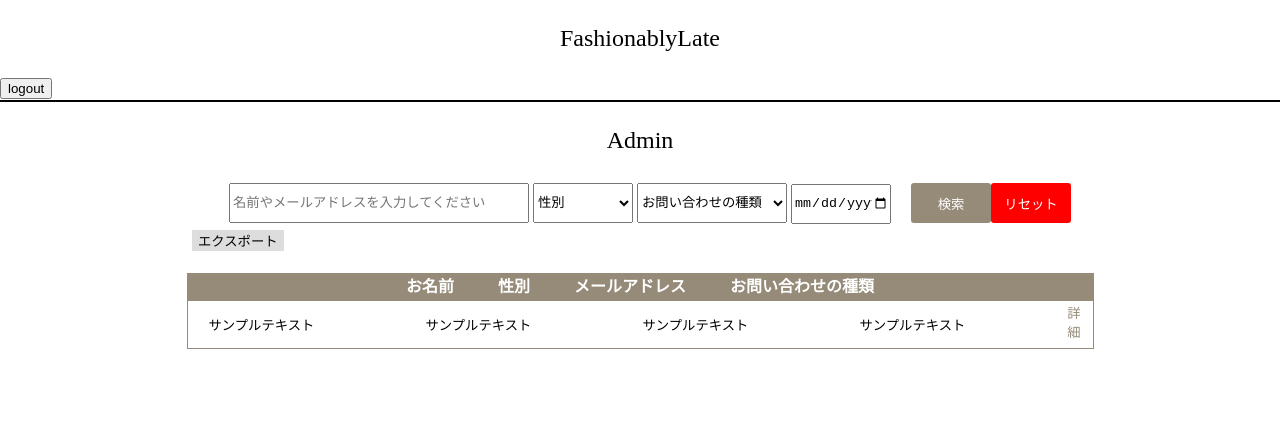
Repository: mayu-ya/test_form
Page: http://localhost/
The author's editor kept a copy of each file at every save. The page is drawn from the files as they stood at one save, then again after the next save.
The browser window is 1280 px wide. The pictures show the whole page.
The page is served by the project's Laravel application, run on PHP 8.4 with Laravel 8. Other server files are loaded and not shown.

Above is the page before, as saved 2026-01-18 00:04:26.

### src/routes/web.php
<?php

use Illuminate\Support\Facades\Route;
use App\Http\Controllers\ContactController;

/*
|--------------------------------------------------------------------------
| Web Routes
|--------------------------------------------------------------------------
|
| Here is where you can register web routes for your application. These
| routes are loaded by the RouteServiceProvider within a group which
| contains the "web" middleware group. Now create something great!
|
*/

Route::get('/', [ContactController::class, 'index']);

### src/app/Http/Controllers/ContactController.php
<?php

namespace App\Http\Controllers;

use Illuminate\Http\Request;

class ContactController extends Controller
{
    public function index()
    {
        return view('admin');
    }
}

### src/resources/views/admin.blade.php
@extends('layouts.app')

@section('css')
<link rel="stylesheet" href="{{ asset('css/admin.css') }}">
@endsection

@section('header')
<nav class="header">
    <form action="">
        <button class="header__button">logout</button>
    </form>
</nav>
@endsection

@section('content')
<div class="content">
    <div class="title">
        <h2 class="title-h">Admin</h2>
    </div>

    <div class="search">
        <form action="" class="form__search">
            <div class="form__search-item">
                <input class="form__search-name" type="search" name="name" placeholder="名前やメールアドレスを入力してください">
                <select class="form__search-gender" name="gender">
                    <option value="">性別</option>
                </select>
                <select class="form__search-content" name="content">
                    <option value="">お問い合わせの種類</option>
                </select>
                <input class="form__search-date" type="date" name="date">
            </div>
            <div class="search__button">
                <button class="search__button-submit" tyup="submit">検索</button>
            </div>
        </form>
        <form action="" class="reset__button">
            <button class="reset__button-submit">リセット</button>
        </form>
    </div>

    <div class="export">
        <form action="" class="form__export">
            <button class="form__export-button">エクスポート</button>
        </form>
    </div>

    <div class="table-content">
        <table class="table">
            <tr class="table-row">
                <th class="table-title">
                    <span class="table-span">お名前</span>
                    <span class="table-span">性別</span>
                    <span class="table-span">メールアドレス</span>
                    <span class="table-span">お問い合わせの種類</span>
                </th>
            </tr>
            <tr class="table-row">
                <td class="table__item">
                    <form class="form">
                        <div class="form__item">
                            <div class="form__item-name">
                                <input type="text" class="form__item-input" value="サンプルテキスト">
                            </div>
                            <div class="form_item-gender">
                                <input type="text" class="form__item-input" value="サンプルテキスト">
                            </div>
                            <div class="form_item-email">
                                <input type="text" class="form__item-input" value="サンプルテキスト">
                            </div>
                            <div class="form_item-content">
                                <input type="text" class="form__item-input" value="サンプルテキスト">
                            </div>
                        </div>
                        <div class="form__button">
                            <button class="form__button-detail">詳細</button>
                        </div>
                    </form>
                </td>
            </tr>
        </table>
    </div>
</div>
@endsection

### src/resources/views/layouts/app.blade.php
<!DOCTYPE html>
<html lang="ja">
<head>
    <meta charset="UTF-8">
    <meta name="viewport" content="width=device-width, initial-scale=1.0">
    <title>FashionablyLate</title>
    <link rel="stylesheet" href="{{ asset('css/common.css') }}">
    <link rel="stylesheet" href="{{ asset('css/sanitize.css') }}">
    @yield('css')
</head>
<body>
    <header class="header">
        <div class="header-title">
            <div class="header-title__item">FashionablyLate</div>
        </div>
        @yield('header')
    </header>

    <main>
        @yield('content')
    </main>
</body>
</html>

### src/public/css/common.css
.header{
    border-bottom: 1px solid #000;
}

.header-title {
    margin: 0 auto;
    padding: 20px 15px;
    max-width: 1230px;
}

.header-title__item {
    font-size: 24px;
    text-align: center;
}

### src/public/css/sanitize.css
/* Document
* ========================================================================== */

/**
* Add border box sizing in all browsers (opinionated).
*/

*,
::before,
::after {
  box-sizing: border-box;
}

/**
* 1. Add text decoration inheritance in all browsers (opinionated).
* 2. Add vertical alignment inheritance in all browsers (opinionated).
*/

::before,
::after {
  vertical-align: inherit;
  /* 2 */
  text-decoration: inherit;
  /* 1 */
}

/**
* 1. Use the default cursor in all browsers (opinionated).
* 2. Change the line height in all browsers (opinionated).
* 3. Use a 4-space tab width in all browsers (opinionated).
* 4. Remove the grey highlight on links in iOS (opinionated).
* 5. Prevent adjustments of font size after orientation changes in
*    IE on Windows Phone and in iOS.
* 6. Breaks words to prevent overflow in all browsers (opinionated).
*/

html {
  word-break: break-word;
  /* 6 */
  -moz-tab-size: 4;
  /* 3 */
  tab-size: 4;
  /* 3 */
  line-height: 1.5;
  /* 2 */
  cursor: default;
  /* 1 */

  -webkit-tap-highlight-color: transparent
    /* 4 */
  ;
  -ms-text-size-adjust: 100%;
  /* 5 */
  -webkit-text-size-adjust: 100%;
  /* 5 */
}

/* Sections
* ========================================================================== */

/**
* Remove the margin in all browsers (opinionated).
*/

body {
  margin: 0;
}

/**
* Correct the font size and margin on `h1` elements within `section` and
* `article` contexts in Chrome, Edge, Firefox, and Safari.
*/

h1 {
  margin: 0.67em 0;
  font-size: 2em;
}

/* Grouping content
* ========================================================================== */

/**
* Remove the margin on nested lists in Chrome, Edge, IE, and Safari.
*/

dl dl,
dl ol,
dl ul,
ol dl,
ul dl {
  margin: 0;
}

/**
* Remove the margin on nested lists in Edge 18- and IE.
*/

ol ol,
ol ul,
ul ol,
ul ul {
  margin: 0;
}

/**
* 1. Add the correct sizing in Firefox.
* 2. Show the overflow in Edge 18- and IE.
*/

hr {
  overflow: visible;
  /* 2 */
  height: 0;
  /* 1 */
}

/**
* Add the correct display in IE.
*/

main {
  display: block;
}

/**
* Remove the list style on navigation lists in all browsers (opinionated).
*/

nav ol,
nav ul {
  padding: 0;
  list-style: none;
}

/**
* 1. Correct the inheritance and scaling of font size in all browsers.
* 2. Correct the odd `em` font sizing in all browsers.
*/

pre {
  font-size: 1em;
  /* 2 */
  font-family: monospace, monospace;
  /* 1 */
}

/* Text-level semantics
* ========================================================================== */

/**
* Remove the gray background on active links in IE 10.
*/

a {
  background-color: transparent;
}

/**
* Add the correct text decoration in Edge 18-, IE, and Safari.
*/

abbr[title] {
  text-decoration: underline;
  text-decoration: underline dotted;
}

/**
* Add the correct font weight in Chrome, Edge, and Safari.
*/

b,
strong {
  font-weight: bolder;
}

/**
* 1. Correct the inheritance and scaling of font size in all browsers.
* 2. Correct the odd `em` font sizing in all browsers.
*/

code,
kbd,
samp {
  font-size: 1em;
  /* 2 */
  font-family: monospace, monospace;
  /* 1 */
}

/**
* Add the correct font size in all browsers.
*/

small {
  font-size: 80%;
}

/* Embedded content
* ========================================================================== */

/*
* Change the alignment on media elements in all browsers (opinionated).
*/

audio,
canvas,
iframe,
img,
svg,
video {
  vertical-align: middle;
}

/**
* Add the correct display in IE 9-.
*/

audio,
video {
  display: inline-block;
}

/**
* Add the correct display in iOS 4-7.
*/

audio:not([controls]) {
  display: none;
  height: 0;
}

/**
* Remove the border on iframes in all browsers (opinionated).
*/

iframe {
  border-style: none;
}

/**
* Remove the border on images within links in IE 10-.
*/

img {
  border-style: none;
}

/**
* Change the fill color to match the text color in all browsers (opinionated).
*/

svg:not([fill]) {
  fill: currentColor;
}

/**
* Hide the overflow in IE.
*/

svg:not(:root) {
  overflow: hidden;
}

/* Tabular data
* ========================================================================== */

/**
* Collapse border spacing in all browsers (opinionated).
*/

table {
  border-collapse: collapse;
}

/* Forms
* ========================================================================== */

/**
* Remove the margin on controls in Safari.
*/

button,
input,
select {
  margin: 0;
}

/**
* 1. Show the overflow in IE.
* 2. Remove the inheritance of text transform in Edge 18-, Firefox, and IE.
*/

button {
  overflow: visible;
  /* 1 */
  text-transform: none;
  /* 2 */
}

/**
* Correct the inability to style buttons in iOS and Safari.
*/

button,
[type="button"],
[type="reset"],
[type="submit"] {
  -webkit-appearance: button;
}

/**
* 1. Change the inconsistent appearance in all browsers (opinionated).
* 2. Correct the padding in Firefox.
*/

fieldset {
  padding: 0.35em 0.75em 0.625em;
  /* 2 */
  border: 1px solid #a0a0a0;
  /* 1 */
}

/**
* Show the overflow in Edge 18- and IE.
*/

input {
  overflow: visible;
}

/**
* 1. Correct the text wrapping in Edge 18- and IE.
* 2. Correct the color inheritance from `fieldset` elements in IE.
*/

legend {
  display: table;
  /* 1 */
  max-width: 100%;
  /* 1 */
  color: inherit;
  /* 2 */
  white-space: normal;
  /* 1 */
}

/**
* 1. Add the correct display in Edge 18- and IE.
* 2. Add the correct vertical alignment in Chrome, Edge, and Firefox.
*/

progress {
  display: inline-block;
  /* 1 */
  vertical-align: baseline;
  /* 2 */
}

/**
* Remove the inheritance of text transform in Firefox.
*/

select {
  text-transform: none;
}

/**
* 1. Remove the margin in Firefox and Safari.
* 2. Remove the default vertical scrollbar in IE.
* 3. Change the resize direction in all browsers (opinionated).
*/

textarea {
  overflow: auto;
  /* 2 */
  margin: 0;
  /* 1 */
  resize: vertical;
  /* 3 */
}

/**
* Remove the padding in IE 10-.
*/

[type="checkbox"],
[type="radio"] {
  padding: 0;
}

/**
* 1. Correct the odd appearance in Chrome, Edge, and Safari.
* 2. Correct the outline style in Safari.
*/

[type="search"] {
  outline-offset: -2px;
  /* 2 */

  -webkit-appearance: textfield;
  /* 1 */
}

/**
* Correct the cursor style of increment and decrement buttons in Safari.
*/

::-webkit-inner-spin-button,
::-webkit-outer-spin-button {
  height: auto;
}

/**
* Correct the text style of placeholders in Chrome, Edge, and Safari.
*/

::-webkit-input-placeholder {
  color: inherit;
  opacity: 0.54;
}

/**
* Remove the inner padding in Chrome, Edge, and Safari on macOS.
*/

::-webkit-search-decoration {
  -webkit-appearance: none;
}

/**
* 1. Correct the inability to style upload buttons in iOS and Safari.
* 2. Change font properties to `inherit` in Safari.
*/

::-webkit-file-upload-button {
  font: inherit;
  /* 2 */

  -webkit-appearance: button;
  /* 1 */
}

/**
* Remove the inner border and padding of focus outlines in Firefox.
*/

::-moz-focus-inner {
  padding: 0;
  border-style: none;
}

/**
* Restore the focus outline styles unset by the previous rule in Firefox.
*/

:-moz-focusring {
  outline: 1px dotted ButtonText;
}

/**
* Remove the additional :invalid styles in Firefox.
*/

:-moz-ui-invalid {
  box-shadow: none;
}

/* Interactive
* ========================================================================== */

/*
* Add the correct display in Edge 18- and IE.
*/

details {
  display: block;
}

/*
* Add the correct styles in Edge 18-, IE, and Safari.
*/

dialog {
  position: absolute;
  right: 0;
  left: 0;
  display: block;
  margin: auto;
  padding: 1em;
  width: -moz-fit-content;
  width: -webkit-fit-content;
  width: fit-content;
  height: -moz-fit-content;
  height: -webkit-fit-content;
  height: fit-content;
  border: solid;
  background-color: white;
  color: black;
}

dialog:not([open]) {
  display: none;
}

/*
* Add the correct display in all browsers.
*/

summary {
  display: list-item;
}

/* Scripting
* ========================================================================== */

/**
* Add the correct display in IE 9-.
*/

canvas {
  display: inline-block;
}

/**
* Add the correct display in IE.
*/

template {
  display: none;
}

/* User interaction
* ========================================================================== */

/*
* 1. Remove the tapping delay in IE 10.
* 2. Remove the tapping delay on clickable elements
in all browsers (opinionated).
*/

a,
area,
button,
input,
label,
select,
summary,
textarea,
[tabindex] {
  -ms-touch-action: manipulation;
  /* 1 */
  touch-action: manipulation;
  /* 2 */
}

/**
* Add the correct display in IE 10-.
*/

[hidden] {
  display: none;
}

/* Accessibility
* ========================================================================== */

/**
* Change the cursor on busy elements in all browsers (opinionated).
*/

[aria-busy="true"] {
  cursor: progress;
}

/*
* Change the cursor on control elements in all browsers (opinionated).
*/

[aria-controls] {
  cursor: pointer;
}

/*
* Change the cursor on disabled, not-editable, or otherwise
* inoperable elements in all browsers (opinionated).
*/

[aria-disabled="true"],
[disabled] {
  cursor: not-allowed;
}

/*
* Change the display on visually hidden accessible elements
* in all browsers (opinionated).
*/

[aria-hidden="false"][hidden] {
  display: initial;
}

[aria-hidden="false"][hidden]:not(:focus) {
  position: absolute;
  clip: rect(0, 0, 0, 0);
}

### src/public/css/admin.css
.content {
    max-width: 1536px;
}

.title {
    margin: 0 auto;
}

.title-h {
    text-align: center;
    font-weight: lighter;
}

.search {
    display: flex;
    align-items: center;
    justify-content: center;
    width: 70%;
    margin: 0 auto;
}

.form__search {
    display: flex;
    align-items: center;
    text-align: left;
}

.form__search-name {
    width: 300px;
    height: 40px;
}

.form__search-gender {
    width: 100px;
    height: 40px;
}

.form__search-content {
    width: 150px;
    height: 40px;
}

.form__search-date {
    width: 100px;
    height: 40px;
}

.form__search-item {
    padding: 5px 20px;
}

.search__button-submit {
    width: 80px;
    height: 40px;
    background: #968b79;
    color: white;
    border-radius: 3px;
    border: none;
    cursor: pointer;
}

.reset__button-submit {
    width: 80px;
    height: 40px;
    background: red;
    color: white;
    border-radius: 3px;
    border: none;
    cursor: pointer;
}

.export {
    display: flex;
    justify-content: left;
    width: 70%;
    margin: 0 auto;
}

.form__export-button {
    background: #ddd;
    border: none;
}

.table-content {
    display: flex;
    width: 70%;
    align-items: center;
    justify-content: center;
    margin: 0 auto;
}

.table {
    border: 1px solid #968b79;
    margin: 20px 0;
}

.table-row {
    border-bottom: 1px solid #968b79;
}

.table-title {
    background: #968b79;
}

.table-span {
    color: white;
    border: none;
    padding: 10px 20px;
}

.table__item {
    width: 100%;
}

.form {
    display: flex;
}

.form__item {
    display: flex;
}

.form__item-input {
    height: 45px;
    padding: 5px 20px;
    outline: none;
    border: none;
}

.form__button-detail {
    width: 35px;
    height: 40px;
    background: white;
    color: #968b79;
    border: #968b79;
    border-radius: 3px;
    cursor: pointer;
}

Loaded but not shown: src/app/Http/Controllers/Controller.php (common file)

After the next save:
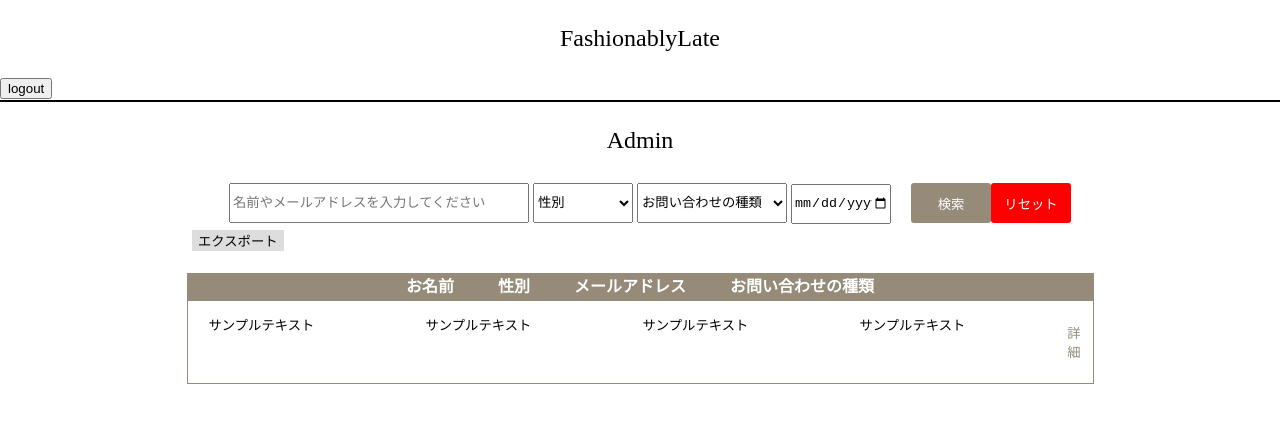
Saved 25 s later.
--- a/src/public/css/admin.css
+++ b/src/public/css/admin.css
@@ -129,7 +129,7 @@
 
 .form__button-detail {
     width: 35px;
-    height: 40px;
+    height: 80px;
     background: white;
     color: #968b79;
     border: #968b79;
